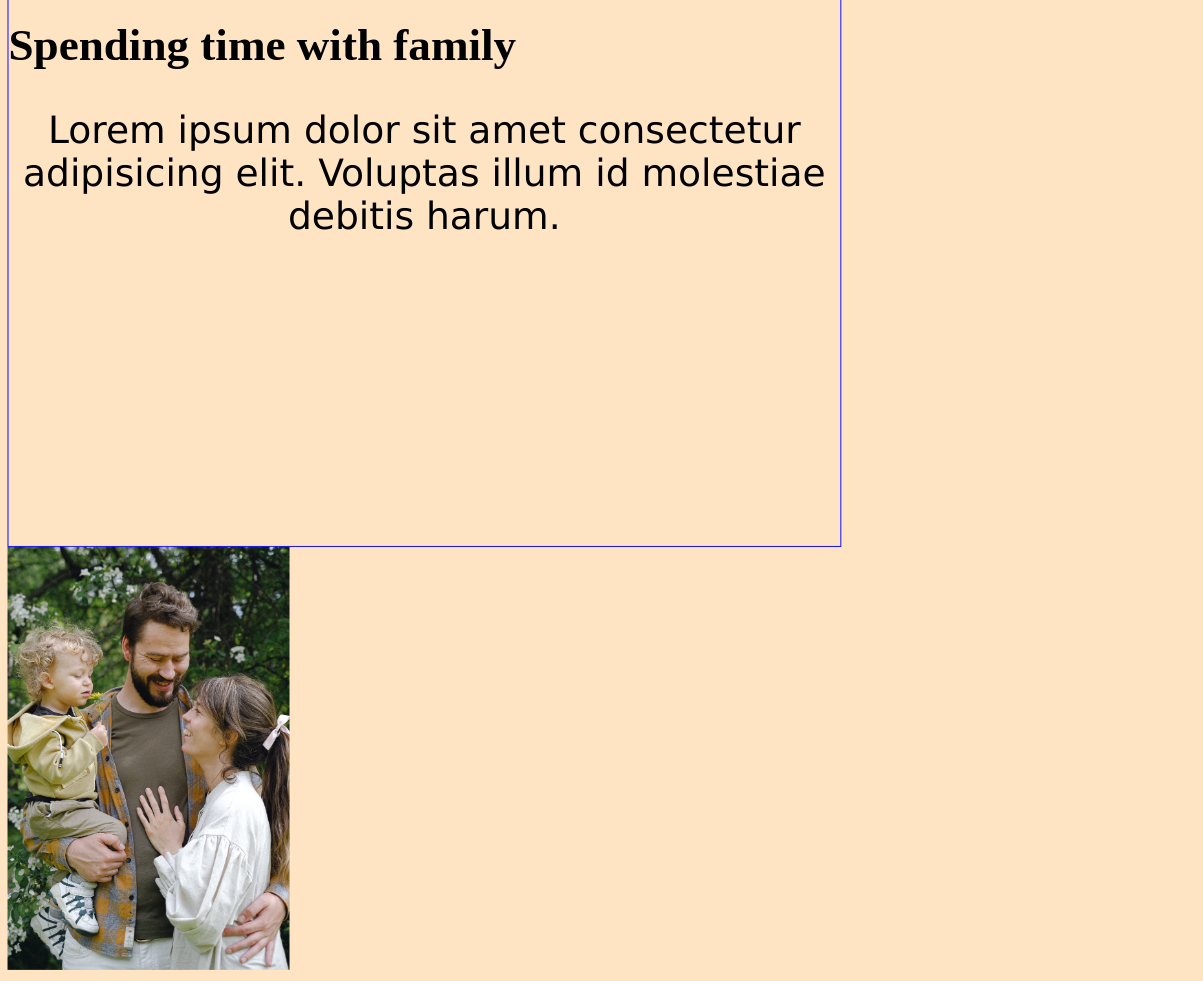
Repository: TheTroyPhillips/Personal-website
Page: about.html
The author's editor kept a copy of each file at every save. The page is drawn from the files as they stood at one save, then again after a run of saves.
The browser window is 1280 px wide. The pictures show the part of the page from y = 1120 to 2164 px (the page is 2164 px tall), at 94% of full size.
A picture or video elsewhere on the page could not be fetched, so the positions and the page height are approximate.

Above is the page before, as saved 2023-09-10 23:06:43.

### about.html
<!DOCTYPE html>
<html lang="en">
<head>
    <meta charset="UTF-8">
    <meta name="viewport" content="width=device-width, initial-scale=1.0">
    <title>Document</title>
    <link rel="stylesheet" href="style.css">
</head>
<body>
    <div class="parent">
        <div class="child">
            <span class="myname">Troy Phillips</span>
        <nav class="pages">
            <a class="active" href="/">HOME</a>
            <a href="/about.html">ABOUT</a>
            <a href="/portfolio.html">PORTFOLIO</a>
        </div>
        <h1 class="about">When i am away from the keyboard these are
            a few things i do to enjoy life to the fullest.</h1>\
     <div class="parent"></div>
        <div class="childb">
            <section>
                <h2>Golfing</h2>
                <p class="pa">Lorem ipsum dolor sit amet, consectetur adipisicing elit. Excepturi facere
                     temporibus,corporis quia, at facilis a molestiae, reprehenderit quod
                      distinctio quae in quam vitae earum ut nemo eligendi! Corporis, omnis.</p>
         </div>
         <div class="childb">
            <img src="pexels-ashford-marx-6501725.jpg" alt="">
        </div>
    </div>
         <div class="childb1">
            <section>
                <h2>Spending time with family</h2>
                <p class="pa">Lorem ipsum dolor sit amet consectetur adipisicing elit.
                     Voluptas illum id molestiae debitis harum.</p>
            </section>
         </div>
         <img src="pexels-anna-shvets-4586683.jpg" alt="">
</body>
</html>

### style.css
.child{
    width: 100%;
    height: 60px;
    border: 1px solid blue;
    display: inline-block;
    box-sizing: border-box;
    background-color: aqua;
    padding: 10px;
}
.childb{
    width: 600px;
    height: 600px;
    border: 1px solid blue;
    display: inline-block;
    margin-top: 1px;
}
.myname{
    float: left;
    font-size: 2rem;
}
.pages{
    float: right;
    font-size: 2rem;
}
.pages a.active{
    color: inherit;
}
.pages a{
    color: inherit;
}
body{
    background-color: bisque;
}
main{
    text-align: center;
    margin-left: 5%;
    margin-right: 5%;
    font-size: 1.8rem;
}
p{
    text-align: center;
    font-size: 2.5rem;
    font-family: Verdana, Geneva, Tahoma, sans-serif;
    margin: 130px;
}
.pa{
    margin: 10px;
}
h2{
    font-size: 3rem;
}
.childc{
    width: 70%;
    height: 600px;
    border: 1px solid blue;
    margin-left: 15%;
}
.two{
    font-size: 2.2rem;
}
.extra{
    font-size: 1.8rem;
    margin-top: 10px;
    text-align: left;
    margin-left: 10px;
}
img{
    width: 300px;
}
.childb1{
    width: 70%;
    height: 600px;
    border: 1px solid blue
}
.parent{
    margin-top: 10px;

}

After the next 2 saves:
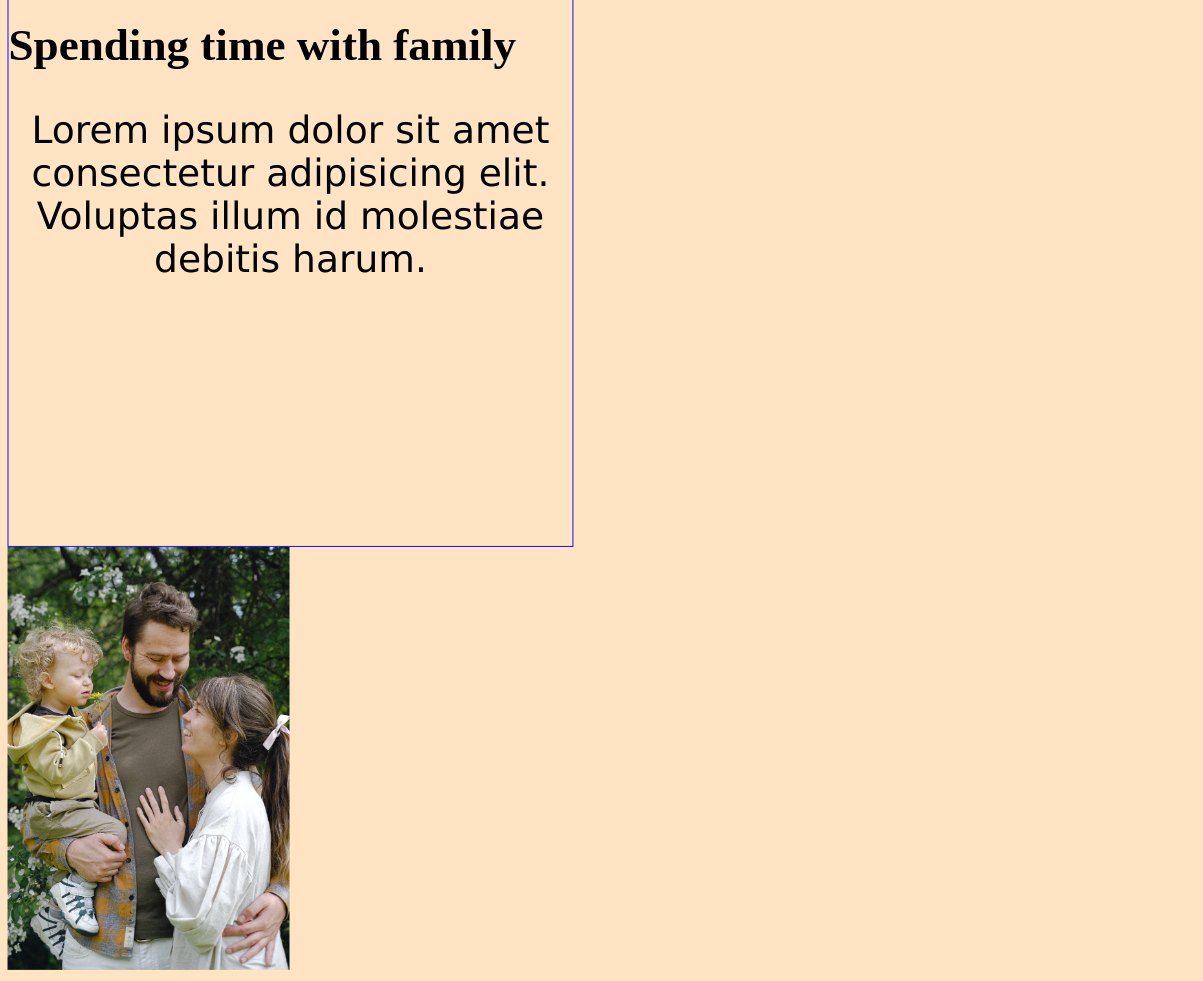
The 2 saves are shown as one change because they came seconds apart.
The last was saved 32 s later.
--- a/style.css
+++ b/style.css
@@ -68,7 +68,7 @@ img{
     width: 300px;
 }
 .childb1{
-    width: 70%;
+    width: 600px;
     height: 600px;
     border: 1px solid blue
 }
